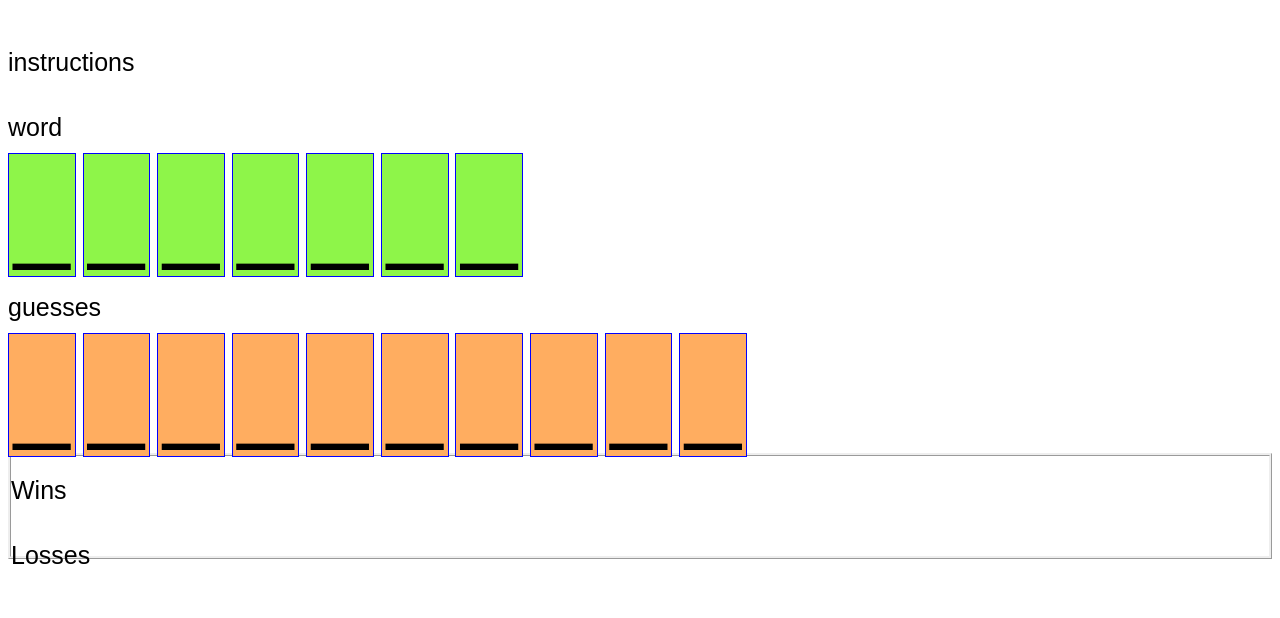
Repository: dsaftler/JavaScript
Page: index.html
The author's editor kept a copy of each file at every save. The page is drawn from the files as they stood at one save, then again after the next save.
The browser window is 1280 px wide. The pictures show the whole page.

Above is the page before, as saved 2019-03-28 17:17:05.

After the next save:
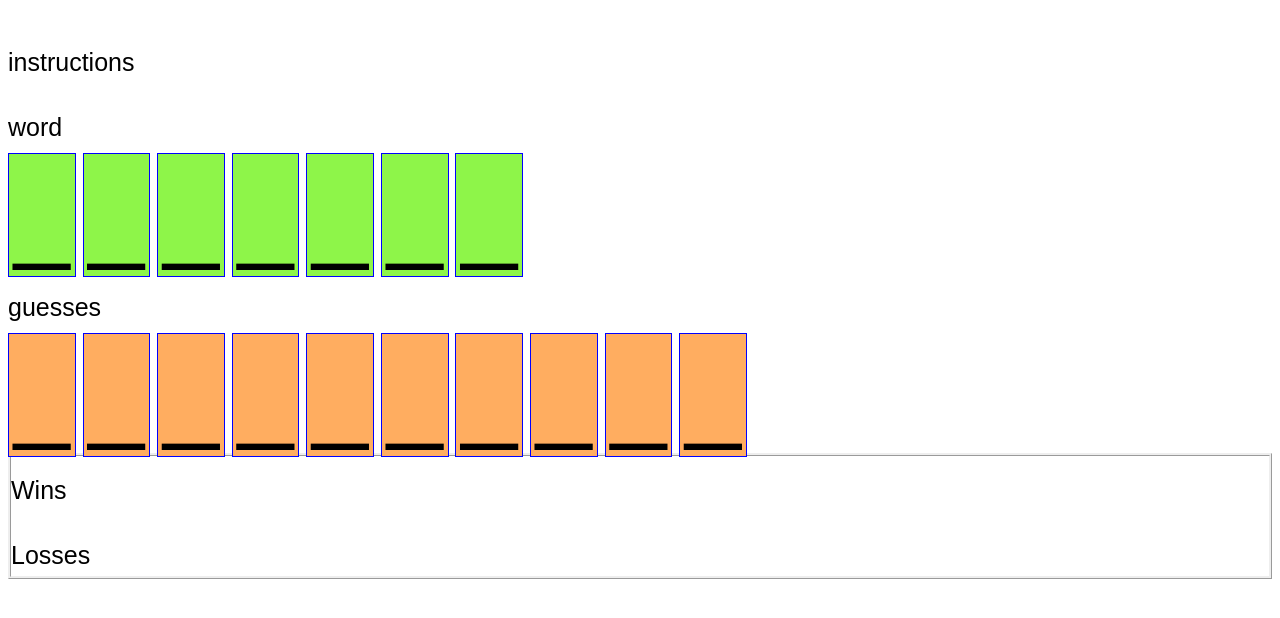
Saved 10 s later.
--- a/assets/css/style.css
+++ b/assets/css/style.css
@@ -12,5 +12,5 @@ font-size: 25px;}
     border: 1px solid blue;
   background-color: rgb(255, 173, 96)}
 .score{
-  height:100px;
+  height:120px;
   border-style: ridge}
